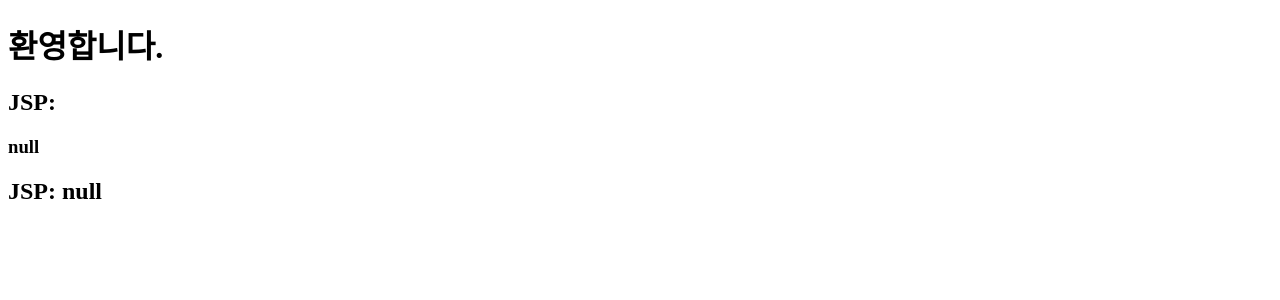
Repository: jsb5589/JAVAStudy
Page: http://localhost/JSP02/hello4.jsp
The author's editor kept a copy of each file at every save. The page is drawn from the files as they stood at one save, then again after the next save.
The browser window is 1280 px wide. The pictures show the whole page.
The page is served by Tomcat 9. Other server files are loaded and not shown.

Above is the page before, as saved 2021-08-09 05:42:23.

### EZWebs/JSP02/src/main/webapp/hello4.jsp
<%@ page language="java" contentType="text/html; charset=UTF-8"
    pageEncoding="UTF-8"%>

<%!
	String jsp = "JSP";
	public String getJsp(){
		return jsp;
	}
%>

<% String ver = request.getParameter("ver"); %>

<!DOCTYPE html>
<html>
<head>
	<meta charset="UTF-8">
	<title>JSP Scripting Element</title>
</head>
<body>
	<h1>환영합니다.</h1>
	<h2><%=jsp%>: <h3><%=ver%></h2>
	<h2><%=jsp%>: <%=request.getParameter("ver")%></h2>

</body>
</html>

After the next save:
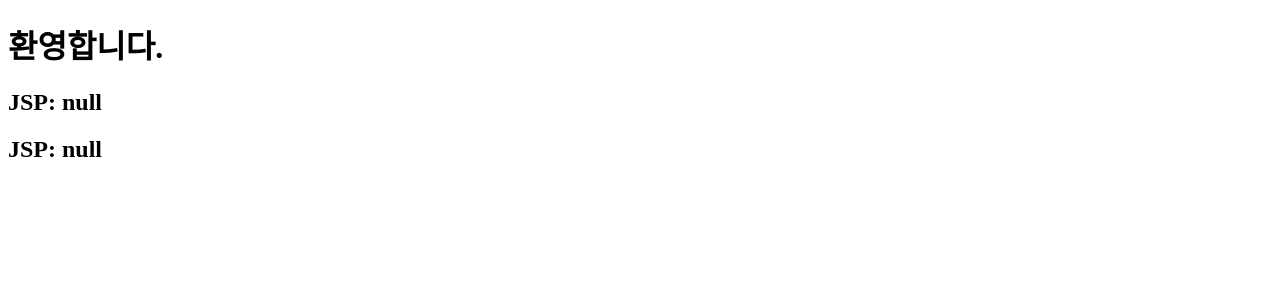
Saved 15 s later.
--- a/EZWebs/JSP02/src/main/webapp/hello4.jsp
+++ b/EZWebs/JSP02/src/main/webapp/hello4.jsp
@@ -18,7 +18,7 @@
 </head>
 <body>
 	<h1>환영합니다.</h1>
-	<h2><%=jsp%>: <h3><%=ver%></h2>
+	<h2><%=jsp%>: <%=ver%></h2>
 	<h2><%=jsp%>: <%=request.getParameter("ver")%></h2>
 
 </body>
